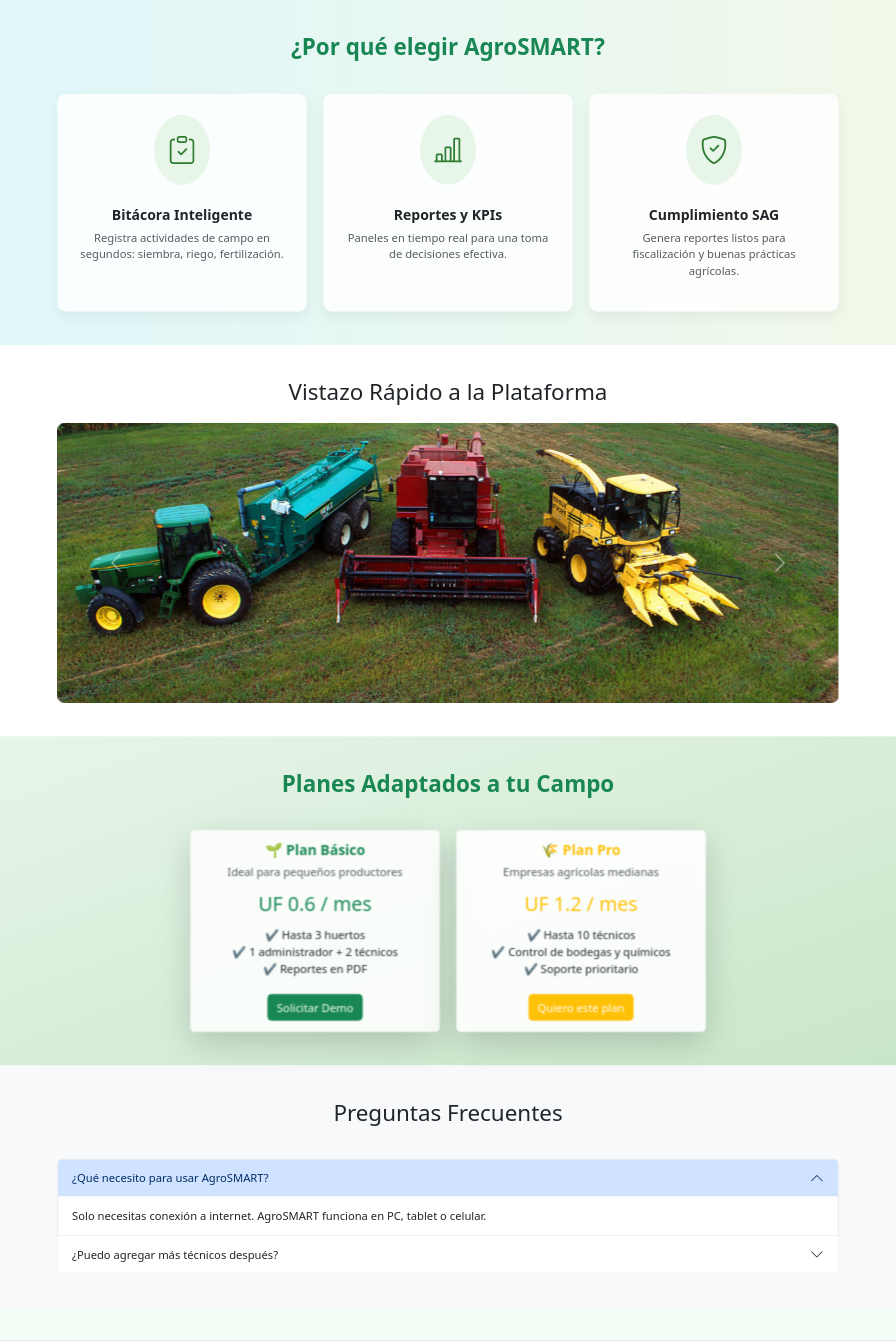
Repository: eikos4/Agrodeskv3
Page: http://localhost/
These files come from the project's save history. The page is drawn as it stood at one moment and after the next save; the edit follows.
The browser window is 1280 px wide. The pictures show the part of the page from y = 0 to 1920 px (the page is 1972 px tall before and 2334 px after), at 70% of full size.
The page is served by the project's application, run on Flask 3 (app/__init__.py). Other server files are loaded and not shown.

Above is the page before, as saved 2025-04-15 22:35:49.

### app/templates/index.html
<!DOCTYPE html>
<html lang="es">
<head>
  <meta charset="UTF-8">
  <title>AgroSMART — Cuaderno Agrícola Digital</title>
  <meta name="viewport" content="width=device-width, initial-scale=1">
  <link href="https://cdn.jsdelivr.net/npm/bootstrap@5.3.0/dist/css/bootstrap.min.css" rel="stylesheet">
  <link href="https://cdn.jsdelivr.net/npm/bootstrap-icons@1.10.5/font/bootstrap-icons.css" rel="stylesheet">
  <link rel="stylesheet" href="https://cdnjs.cloudflare.com/ajax/libs/animate.css/4.1.1/animate.min.css"/>
  <link href="https://unpkg.com/aos@2.3.4/dist/aos.css" rel="stylesheet">

  <style>
    body {
      background-color: #f4fdf6;
    }
    .hero {
      background: linear-gradient(120deg, #388e3c, #66bb6a);
      color: white;
      padding: 100px 0;
      text-align: center;
      animation: fadeIn 1.5s ease-in;
    }
    .btn-agro {
      background-color: #43a047;
      color: white;
      transition: 0.3s;
    }
    .btn-agro:hover {
      background-color: #2e7d32;
    }
    .feature-icon {
      font-size: 3rem;
      color: #2e7d32;
      transition: transform 0.3s;
    }
    .feature-icon:hover {
      transform: scale(1.1);
    }
    .carousel img {
      max-height: 400px;
      object-fit: cover;
      border-radius: 10px;
    }
    @keyframes fadeIn {
      from { opacity: 0; }
      to { opacity: 1; }
    }

    .feature-card {
    background: rgba(255, 255, 255, 0.85);
    border-radius: 12px;
    padding: 30px;
    transition: transform 0.3s ease, box-shadow 0.3s ease;
    box-shadow: 0 8px 20px rgba(0, 0, 0, 0.06);
    }
    .feature-card:hover {
    transform: translateY(-6px);
    box-shadow: 0 12px 24px rgba(0, 128, 0, 0.15);
    }

    .feature-icon {
    background-color: #e8f5e9;
    color: #2e7d32;
    font-size: 2.5rem;
    padding: 20px;
    border-radius: 50%;
    display: inline-block;
    margin-bottom: 15px;
    }




  </style>
</head>
<body>

<!-- HERO -->


<!-- BENEFICIOS -->
<section class="py-5" style="background: linear-gradient(to right, #e0f7fa, #f1f8e9);">
    <div class="container">
      <h2 class="text-center mb-5 text-success fw-bold" data-aos="fade-up">¿Por qué elegir AgroSMART?</h2>
      <div class="row g-4">
        <div class="col-md-4" data-aos="fade-up" data-aos-delay="100">
          <div class="feature-card text-center h-100">
            <div class="feature-icon"><i class="bi bi-clipboard-check"></i></div>
            <h5 class="mt-3 fw-bold">Bitácora Inteligente</h5>
            <p class="text-muted">Registra actividades de campo en segundos: siembra, riego, fertilización.</p>
          </div>
        </div>
        <div class="col-md-4" data-aos="fade-up" data-aos-delay="200">
          <div class="feature-card text-center h-100">
            <div class="feature-icon"><i class="bi bi-bar-chart-line"></i></div>
            <h5 class="mt-3 fw-bold">Reportes y KPIs</h5>
            <p class="text-muted">Paneles en tiempo real para una toma de decisiones efectiva.</p>
          </div>
        </div>
        <div class="col-md-4" data-aos="fade-up" data-aos-delay="300">
          <div class="feature-card text-center h-100">
            <div class="feature-icon"><i class="bi bi-shield-check"></i></div>
            <h5 class="mt-3 fw-bold">Cumplimiento SAG</h5>
            <p class="text-muted">Genera reportes listos para fiscalización y buenas prácticas agrícolas.</p>
          </div>
        </div>
      </div>
    </div>
  </section>


<!-- CARRUSEL -->
<section class="bg-white py-5">
  <div class="container">
    <h2 class="text-center mb-4">Vistazo Rápido a la Plataforma</h2>
    <div id="demoCarousel" class="carousel slide" data-bs-ride="carousel">
      <div class="carousel-inner text-center">
        <div class="carousel-item active">
            <img src="{{ url_for('static', filename='fondo5.jpg') }}" class="d-block w-100" alt="Registro de Actividades">
        </div>
        <div class="carousel-item">
            <img src="{{ url_for('static', filename='fondo6.jpg') }}" class="d-block w-100" alt="Bitácora Visual">
        </div>
        <div class="carousel-item">
          <img src="{{ url_for('static', filename='fondo7.jpg') }}" class="d-block w-100" alt="Dashboard Técnico">
        </div>
      </div>
      <button class="carousel-control-prev" type="button" data-bs-target="#demoCarousel" data-bs-slide="prev">
        <span class="carousel-control-prev-icon"></span>
      </button>
      <button class="carousel-control-next" type="button" data-bs-target="#demoCarousel" data-bs-slide="next">
        <span class="carousel-control-next-icon"></span>
      </button>
    </div>
  </div>
</section>

<!-- PRECIOS -->
<section class="py-5" style="background: linear-gradient(to bottom right, #e8f5e9, #c8e6c9);">
    <div class="container">
      <h2 class="text-center mb-5 text-success fw-bold" data-aos="fade-down">Planes Adaptados a tu Campo</h2>

      <div class="row g-4 justify-content-center">
        <div class="col-md-5 col-lg-4">
          <div class="card shadow-lg border-0" style="background: rgba(255, 255, 255, 0.85); backdrop-filter: blur(8px);" data-aos="zoom-in-up">
            <div class="card-body text-center">
              <h5 class="card-title fw-bold text-success">🌱 Plan Básico</h5>
              <p class="text-muted">Ideal para pequeños productores</p>
              <h3 class="text-success">UF 0.6 / mes</h3>
              <ul class="list-unstyled mt-3 mb-4">
                <li>✔ Hasta 3 huertos</li>
                <li>✔ 1 administrador + 2 técnicos</li>
                <li>✔ Reportes en PDF</li>
              </ul>
              <a href="{{ url_for('auth.login') }}" class="btn btn-success">Solicitar Demo</a>
            </div>
          </div>
        </div>

        <div class="col-md-5 col-lg-4">
          <div class="card shadow-lg border-0" style="background: rgba(255, 255, 255, 0.9); backdrop-filter: blur(8px);" data-aos="zoom-in-up" data-aos-delay="200">
            <div class="card-body text-center">
              <h5 class="card-title fw-bold text-warning">🌾 Plan Pro</h5>
              <p class="text-muted">Empresas agrícolas medianas</p>
              <h3 class="text-warning">UF 1.2 / mes</h3>
              <ul class="list-unstyled mt-3 mb-4">
                <li>✔ Hasta 10 técnicos</li>
                <li>✔ Control de bodegas y químicos</li>
                <li>✔ Soporte prioritario</li>
              </ul>
              <a href="{{ url_for('auth.login') }}" class="btn btn-warning text-white">Quiero este plan</a>
            </div>
          </div>
        </div>
      </div>
    </div>
  </section>


<!-- FAQ -->
<section class="bg-light py-5">
  <div class="container">
    <h2 class="text-center mb-5">Preguntas Frecuentes</h2>
    <div class="accordion" id="faqAccordion">
      <div class="accordion-item">
        <h2 class="accordion-header" id="q1">
          <button class="accordion-button" type="button" data-bs-toggle="collapse" data-bs-target="#a1" aria-expanded="true">
            ¿Qué necesito para usar AgroSMART?
          </button>
        </h2>
        <div id="a1" class="accordion-collapse collapse show" data-bs-parent="#faqAccordion">
          <div class="accordion-body">
            Solo necesitas conexión a internet. AgroSMART funciona en PC, tablet o celular.
          </div>
        </div>
      </div>
      <div class="accordion-item">
        <h2 class="accordion-header" id="q2">
          <button class="accordion-button collapsed" type="button" data-bs-toggle="collapse" data-bs-target="#a2">
            ¿Puedo agregar más técnicos después?
          </button>
        </h2>
        <div id="a2" class="accordion-collapse collapse" data-bs-parent="#faqAccordion">
          <div class="accordion-body">
            Sí, nuestros planes escalan contigo. Puedes ampliar usuarios y funcionalidades según tus necesidades.
          </div>
        </div>
      </div>
    </div>
  </div>
</section>

<!-- FOOTER -->
<footer class="text-center mt-5 py-3 bg-white border-top">
  <small>© 2025 AgroSMART | contacto@agrosmart.cl</small>
  <small>© BY LEUCODE.IA</small>
</footer>

<script src="https://cdn.jsdelivr.net/npm/bootstrap@5.3.0/dist/js/bootstrap.bundle.min.js"></script>
<script src="https://unpkg.com/aos@2.3.4/dist/aos.js"></script>
<script>
  AOS.init();
</script>
</body>
</html>

### app/__init__.py
from flask import Flask, render_template
from flask_sqlalchemy import SQLAlchemy
from flask_login import LoginManager
from flask_migrate import Migrate
import os

db = SQLAlchemy()
login_manager = LoginManager()
migrate = Migrate()

def create_app():
    app = Flask(__name__)

    # Cargar la configuración del objeto Config definido en config.py.
    # Se recomienda usar variables de entorno para datos sensibles.
    app.config.from_object('config.Config')

    # Inicializar extensiones
    db.init_app(app)
    login_manager.init_app(app)
    migrate.init_app(app, db)

    # Configurar el login manager
    login_manager.login_view = "auth.login"        # Ruta o endpoint de la página de login
    login_manager.login_message_category = "info"   # Categoría para mensajes flash

    # Importar los modelos después de inicializar las extensiones para evitar ciclos
    from app.models import User

    @login_manager.user_loader
    def load_user(user_id):
        return User.query.get(int(user_id))

    # Registro de Blueprints
    from .routes.auth import auth_bp
    from .routes.admin import admin_bp
    from .routes.tecnico import tecnico_bp  # type: ignore
    from .routes.main import main_bp
    from flask_login import current_user

    app.register_blueprint(auth_bp)
    app.register_blueprint(admin_bp)
    app.register_blueprint(tecnico_bp)
    app.register_blueprint(main_bp)

    # Registro de manejadores de errores personalizados
    @app.errorhandler(404)
    def not_found_error(error):
        return render_template("404.html"), 404

    @app.context_processor
    def inject_user():
        return dict(user=current_user)


    @app.errorhandler(500)
    def internal_error(error):
        # Rollback de la sesión si ocurre un error interno para evitar bloqueos de transacciones
        db.session.rollback()
        return render_template("500.html"), 500

    return app

### app/routes/main.py
from flask import Blueprint, render_template

from app.models import User, Recomendacion, Huerto
from app.models import Bodega

from flask_login import login_required, current_user

main_bp = Blueprint('main', __name__)

@main_bp.route('/')
def index():
    return render_template('index.html')




@main_bp.route('/dashboard')
@login_required
def dashboard():
    if current_user.role == "admin":
        tecnicos = User.query.filter_by(role="tecnico").all()
        ultimas_recomendaciones = Recomendacion.query.order_by(Recomendacion.fecha.desc()).limit(5).all()
        huertos = Huerto.query.order_by(Huerto.fecha_siembra.desc()).all()
        return render_template(
            "dashboard.html",
            tecnicos=tecnicos,
            ultimas_recomendaciones=ultimas_recomendaciones,
            huertos=huertos
        )
    else:
        recomendaciones = Recomendacion.query.filter_by(tecnico_id=current_user.id).order_by(Recomendacion.fecha.desc()).limit(5).all()
        huertos = Huerto.query.filter_by(responsable_id=current_user.id).order_by(Huerto.fecha_siembra.desc()).all()
        bodegas = Bodega.query.filter_by(responsable_id=current_user.id).all()
        return render_template(
            "dashboard.html",
            recomendaciones=recomendaciones,
            huertos=huertos,
            bodegas=bodegas  # ✅ ahora se pasan las bodegas al template
        )

After the next save:
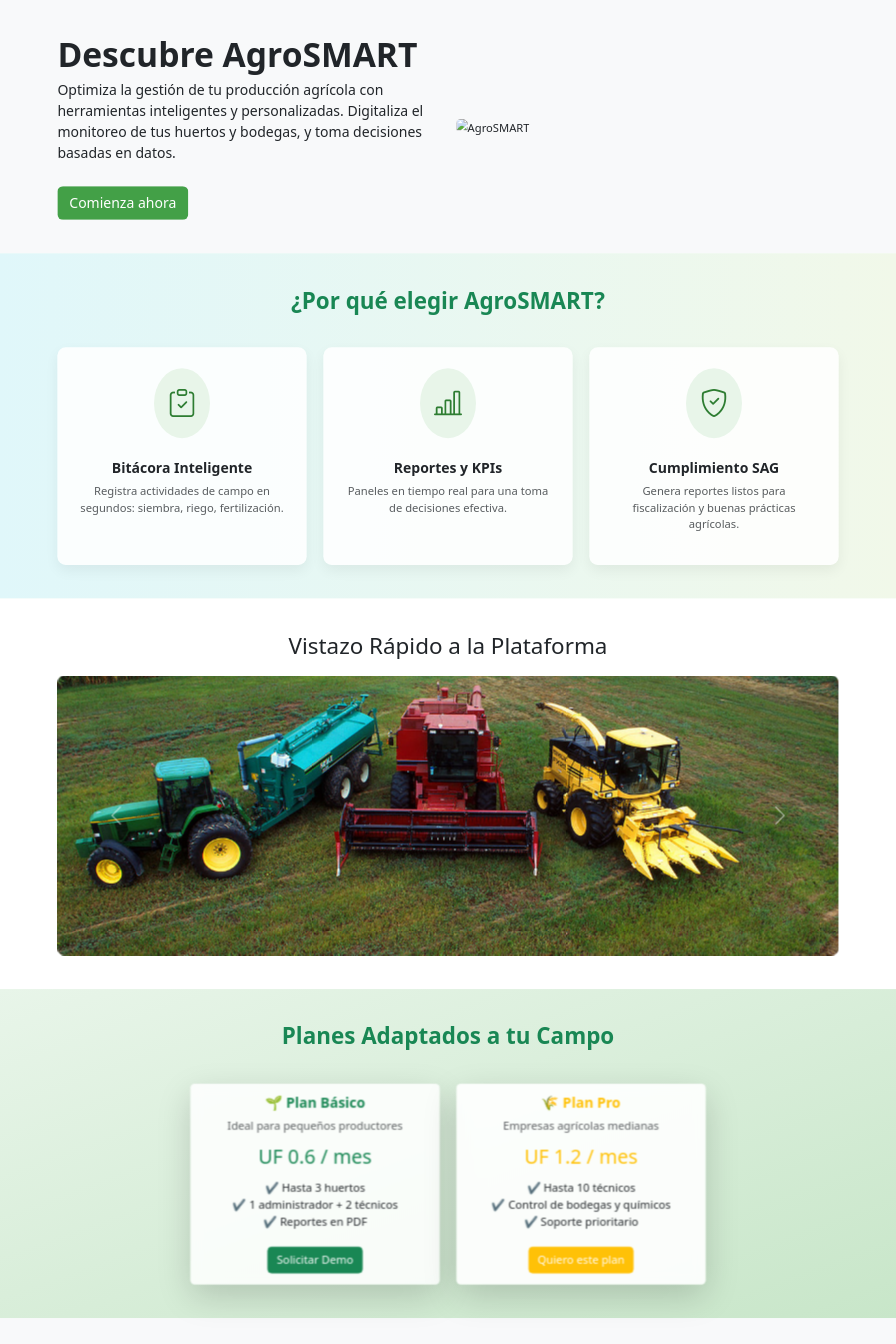
Saved 67 s later.
--- a/app/templates/index.html
+++ b/app/templates/index.html
@@ -76,6 +76,23 @@
 <body>
 
 <!-- HERO -->
+<!-- Sección de Características o Presentación Dividida en 2 Columnas -->
+<section class="feature-section py-5 bg-light">
+  <div class="container">
+    <div class="row align-items-center">
+      <!-- Columna Izquierda: Texto -->
+      <div class="col-md-6">
+        <h2 class="display-5 fw-bold">Descubre AgroSMART</h2>
+        <p class="lead">Optimiza la gestión de tu producción agrícola con herramientas inteligentes y personalizadas. Digitaliza el monitoreo de tus huertos y bodegas, y toma decisiones basadas en datos.</p>
+        <a href="{{ url_for('auth.login') }}" class="btn btn-agro btn-lg mt-3">Comienza ahora</a>
+      </div>
+      <!-- Columna Derecha: Imagen -->
+      <div class="col-md-6">
+        <img src="{{ url_for('static', filename='imagen_nueva.jpg') }}" alt="AgroSMART" class="img-fluid rounded" style="max-height: 500px; object-fit: cover;">
+      </div>
+    </div>
+  </div>
+</section>
 
 
 <!-- BENEFICIOS -->

After the save that followed:
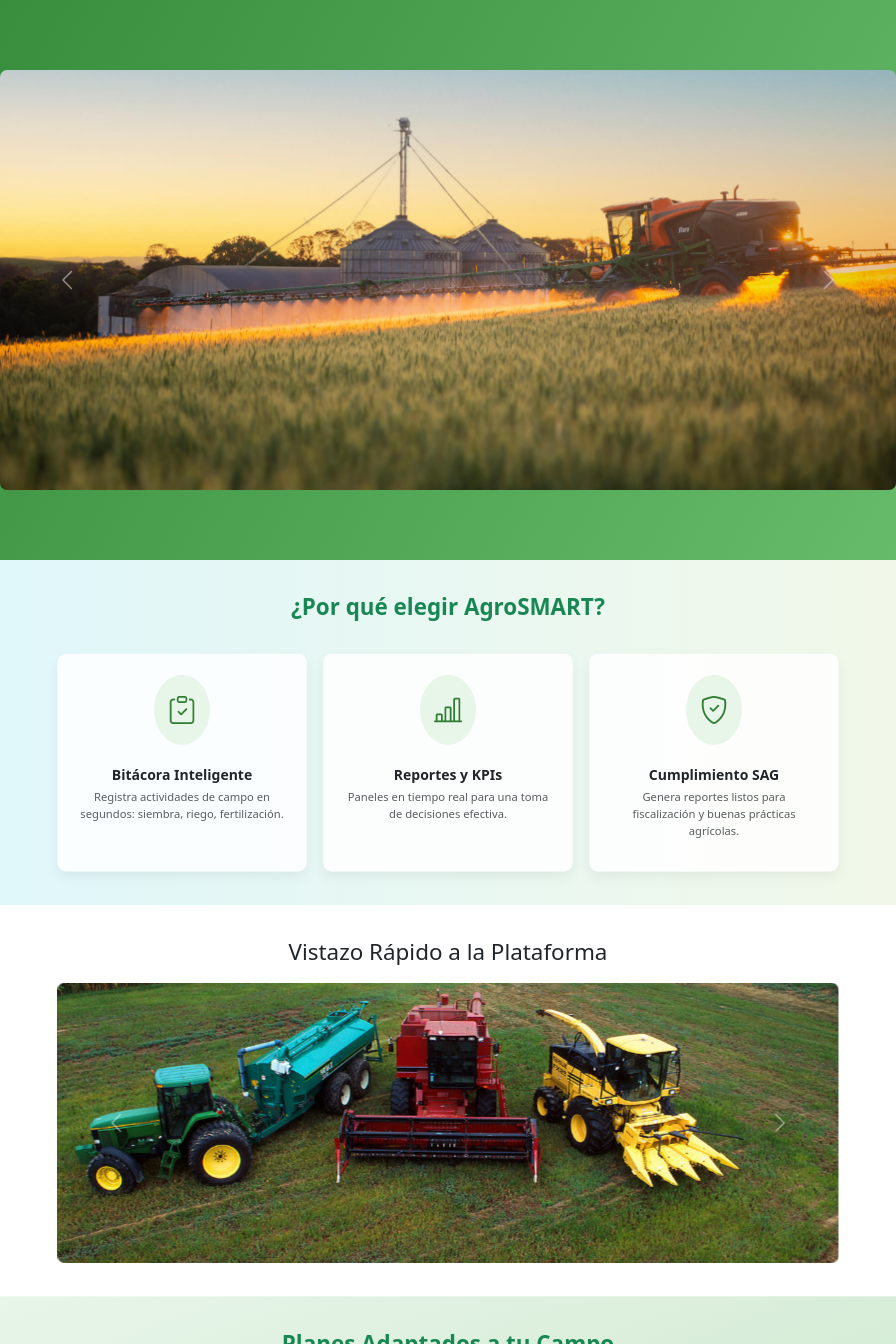
Saved 33 s later.
--- a/app/templates/index.html
+++ b/app/templates/index.html
@@ -76,23 +76,44 @@
 <body>
 
 <!-- HERO -->
-<!-- Sección de Características o Presentación Dividida en 2 Columnas -->
-<section class="feature-section py-5 bg-light">
-  <div class="container">
-    <div class="row align-items-center">
-      <!-- Columna Izquierda: Texto -->
-      <div class="col-md-6">
-        <h2 class="display-5 fw-bold">Descubre AgroSMART</h2>
-        <p class="lead">Optimiza la gestión de tu producción agrícola con herramientas inteligentes y personalizadas. Digitaliza el monitoreo de tus huertos y bodegas, y toma decisiones basadas en datos.</p>
-        <a href="{{ url_for('auth.login') }}" class="btn btn-agro btn-lg mt-3">Comienza ahora</a>
-      </div>
-      <!-- Columna Derecha: Imagen -->
-      <div class="col-md-6">
-        <img src="{{ url_for('static', filename='imagen_nueva.jpg') }}" alt="AgroSMART" class="img-fluid rounded" style="max-height: 500px; object-fit: cover;">
-      </div>
-    </div>
-  </div>
-</section>
+<section class="hero">
+    <div id="heroCarousel" class="carousel slide carousel-fade" data-bs-ride="carousel">
+      <div class="carousel-inner">
+        <div class="carousel-item active">
+          <img src="{{ url_for('static', filename='fondo8.jpeg') }}" class="d-block w-100" alt="Campo 1" style="max-height: 600px; object-fit: cover;">
+          <div class="carousel-caption d-none d-md-block bg-dark bg-opacity-50 rounded p-4 animate__animated animate__fadeInUp">
+            <h1 class="display-4 fw-bold text-white">Transforma tu gestión agrícola con AgroSMART 🌱</h1>
+            <p class="lead text-white">Digitaliza tu campo. Optimiza recursos. Cumple con normativas.</p>
+            <a href="{{ url_for('auth.login') }}" class="btn btn-agro btn-lg mt-3">Ingresar como Agrónomo</a>
+          </div>
+        </div>
+        <div class="carousel-item">
+          <img src="{{ url_for('static', filename='fondo5.jpg') }}" class="d-block w-100" alt="Campo 2" style="max-height: 600px; object-fit: cover;">
+          <div class="carousel-caption d-none d-md-block bg-dark bg-opacity-50 rounded p-4 animate__animated animate__fadeInUp">
+            <h1 class="display-4 fw-bold text-white">Todo en un solo lugar</h1>
+            <p class="lead text-white">Controla bodegas, huertos y recomendaciones desde cualquier dispositivo.</p>
+            <a href="{{ url_for('auth.login') }}" class="btn btn-agro btn-lg mt-3">Ver plataforma</a>
+          </div>
+        </div>
+        <div class="carousel-item">
+          <img src="{{ url_for('static', filename='fondo7.jpg') }}" class="d-block w-100" alt="Campo 3" style="max-height: 600px; object-fit: cover;">
+          <div class="carousel-caption d-none d-md-block bg-dark bg-opacity-50 rounded p-4 animate__animated animate__fadeInUp">
+            <h1 class="display-4 fw-bold text-white">AgroSMART te acompaña</h1>
+            <p class="lead text-white">Una solución robusta, intuitiva y lista para crecer contigo.</p>
+            <a href="{{ url_for('auth.login') }}" class="btn btn-agro btn-lg mt-3">Comenzar ahora</a>
+          </div>
+        </div>
+      </div>
+      <button class="carousel-control-prev" type="button" data-bs-target="#heroCarousel" data-bs-slide="prev">
+        <span class="carousel-control-prev-icon" aria-hidden="true"></span>
+        <span class="visually-hidden">Anterior</span>
+      </button>
+      <button class="carousel-control-next" type="button" data-bs-target="#heroCarousel" data-bs-slide="next">
+        <span class="carousel-control-next-icon" aria-hidden="true"></span>
+        <span class="visually-hidden">Siguiente</span>
+      </button>
+    </div>
+  </section>
 
 
 <!-- BENEFICIOS -->
